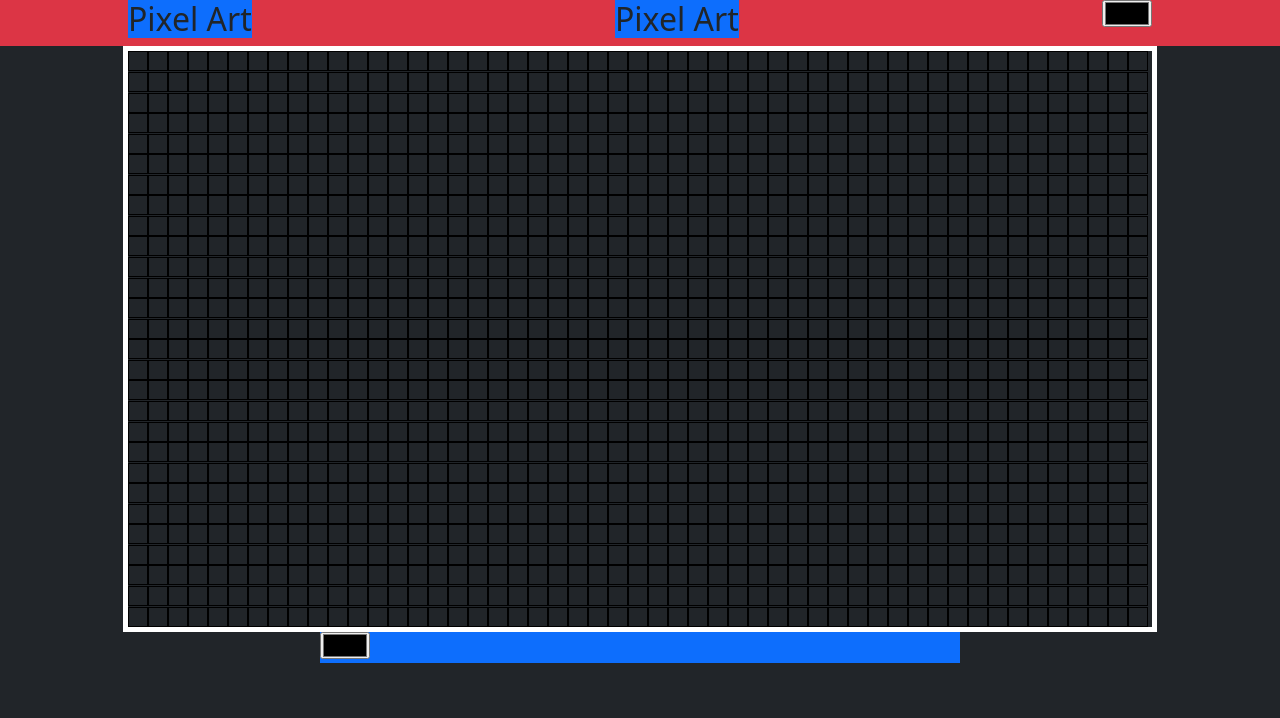
Repository: bechara611/pixelartdb
Page: /
The author's editor kept a copy of each file at every save. The page is drawn from the files as they stood at one save, then again after the next save.
The browser window is 1280 px wide. The pictures show the whole page.
The project was rebuilt for these pictures with package versions that can differ from the ones it lists, and the page was loaded fresh each time. Also part of the build but not shown: vite.config.js.

Above is the page before, as saved 2023-03-07 11:51:28.

### src/main.jsx
import React from 'react'
import ReactDOM from 'react-dom/client'
import App from './App'
import 'bootstrap/dist/css/bootstrap.min.css'
import 'bootstrap/dist/js/bootstrap.bundle.js'

ReactDOM.createRoot(document.getElementById('root')).render(

    <App />

)

### src/App.jsx

import { useEffect, useState } from 'react'
import './App.css'
import { SelectableGroup } from 'react-selectable-fast'
import { Pixel } from './Pixel'

const App = () => {
  const [pixels, setPixels] = useState([])
  const [isSelecting, setIsSelecting] = useState(false)
  const [startIndex, setStartIndex] = useState(null)
  const [colorActual, setcolorActual] = useState('transparent')

  useEffect(() => {
    let contenedor = document.getElementById('contenedor')
    let divsAloAlto = Math.floor(contenedor.offsetHeight / 20)
    let divsAlOancho = Math.floor(contenedor.offsetWidth / 20);
    //para saber cuantos divs necesita un contenedor multiplica el numero de divs a lo alto * el numero de divds a lo ancho
    setPixels(Array.from({ length: divsAloAlto * divsAlOancho }, () => { return { active: false, color: colorActual } }))

  }, [])

  const funcionArray = (index) => {
    let nuevoArray = [...pixels]
    nuevoArray[index] = { active: true, color: colorActual }
    setPixels(nuevoArray)
  }

  useEffect(() => {
    //console.log({ pixels })
  }, [pixels])

  const onMouseDown = (index) => {
    setIsSelecting(true);
    setStartIndex(index)
    // console.log('onMouseDown')
  }


  const onMouseOver2 = (index) => {
    if (isSelecting) {
      const pixelsupdated = [...pixels]
      pixelsupdated[index] = { ...pixelsupdated[index], active: true, color: colorActual }

      setPixels(pixelsupdated)

    }
    // console.log('onMouseOver')
  }
  const onMouseUp2 = (index) => {
    setIsSelecting(false)

  }
  return (
    <>
      <div className="bg-dark fondo">
      <div className="col-12 contenedor-05 bg-danger">
        <div className="contenedor-mayor2 header">
        <h2 className='bg-primary'>Pixel Art</h2>
          <h2 className='bg-primary'>Pixel Art</h2>
          <input type="color" onChange={(e) => { setcolorActual(e.target.value) }} />
        </div>
        </div>
        <div className="contenedor-mayor ">
          <div className="contorno">
            <div className="contenedor " id='contenedor'>

              {

                pixels.map((a, index) => {
                  return <Pixel key={index}
                    color={a.color}
                    active={a.active}
                    funcion={() => funcionArray(index)}
                    onMouseDown={() => { onMouseDown(index) }}
                    onMouseUp={() => { onMouseUp2(index) }}
                    onMouseOver={() => { onMouseOver2(index) }}
                  ></Pixel>
                })

              }

            </div>
          </div>
        </div>
        <div className="col-12 contenedor-mayor">
          <div className="col-6 bg-primary">
            <input type="color" onChange={(e) => { setcolorActual(e.target.value) }} />
          </div>
        </div>
      </div>
    </>
  )
}

export default App

### src/App.css
.fondo{
  height: 100vh;

}

.contorno{
  border: 5px solid white;
}

.contenedor-mayor{
  display: flex;
  flex-direction: row;
  justify-content: center;
  justify-self: center;
  align-items: center;

}
.contenedor-mayor2{
  width: 80vw;
  align-self: center;
  display: flex;
  flex-direction: row;
  justify-content: space-between;


}
.contenedor-05{
  display: flex;
  flex-direction: row;
  justify-content: center;
}

.pixel {
  width: 20px;
  height: 20px;
  border: 1px solid rgb(0, 0, 0);

  box-sizing: border-box;

}

.active {
background: transparent;
}

.contenedor {

  display: flex;
  flex-direction: row;
  flex-wrap: wrap;
  width: 80vw;
  height: 80vh;
  max-width: 80vw;
  max-height: 80vh;



}

### src/Pixel.jsx
import React, { useState } from 'react'
import './App.css'
import {selectableGroup, createSelectable} from 'react-selectable-fast'
export const Pixel = (props) => {
    const [isActive, setisActive] = useState(false)
  return (

 <div className={`pixel ${props.active ? 'active' : ''}`} style={{ background:props.active ? props.color : ''}}
 onClick={()=>{
    setisActive(!isActive)
    props.funcion();
}}
onMouseDown={()=>{props.onMouseDown()}}
onMouseUp={()=>{props.onMouseUp()}}
onTouchEnd={()=>{props.onMouseUp()}}
onMouseOver={()=>{props.onMouseOver()}}
onTouchStart={()=>{{
    props.onMouseDown()
    props.onMouseOver()}}}
 >

 </div>
  )
}

Loaded but not shown: index.html (common file)

After the next save:
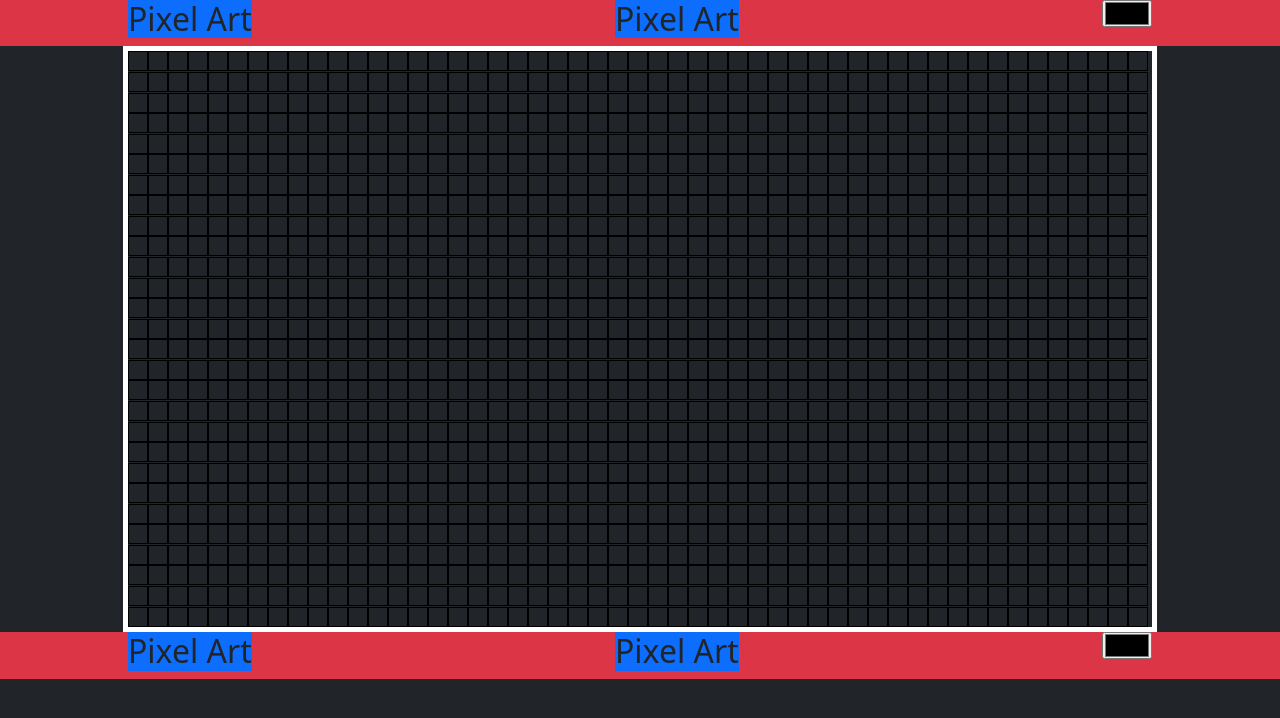
Saved 103 min 46 s later.
--- a/src/App.jsx
+++ b/src/App.jsx
@@ -53,12 +53,12 @@ const App = () => {
   return (
     <>
       <div className="bg-dark fondo">
-      <div className="col-12 contenedor-05 bg-danger">
-        <div className="contenedor-mayor2 header">
-        <h2 className='bg-primary'>Pixel Art</h2>
-          <h2 className='bg-primary'>Pixel Art</h2>
-          <input type="color" onChange={(e) => { setcolorActual(e.target.value) }} />
-        </div>
+        <div className="col-12 contenedor-05 bg-danger">
+          <div className="contenedor-mayor2 header">
+            <h2 className='bg-primary'>Pixel Art</h2>
+            <h2 className='bg-primary'>Pixel Art</h2>
+            <input type="color"  onChange={(e) => { setcolorActual(e.target.value) }} />
+          </div>
         </div>
         <div className="contenedor-mayor ">
           <div className="contorno">
@@ -82,9 +82,11 @@ const App = () => {
             </div>
           </div>
         </div>
-        <div className="col-12 contenedor-mayor">
-          <div className="col-6 bg-primary">
-            <input type="color" onChange={(e) => { setcolorActual(e.target.value) }} />
+        <div className="col-12 contenedor-05 bg-danger">
+          <div className="contenedor-mayor2 header">
+            <h2 className='bg-primary'>Pixel Art</h2>
+            <h2 className='bg-primary'>Pixel Art</h2>
+            <input type="color"  onChange={(e) => { setcolorActual(e.target.value) }} />
           </div>
         </div>
       </div>
